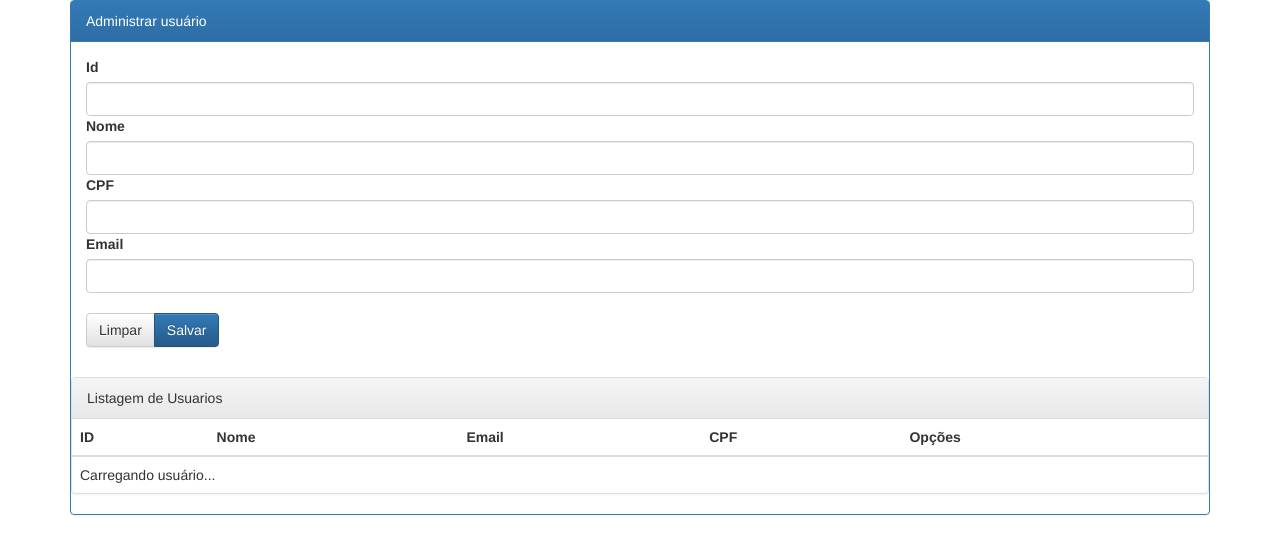
Repository: heloisakrajewski/projeto-leo
Page: Projeto/pyrafilms/WebContent/index.html
These files come from the project's save history. The page is drawn as it stood at one moment and after the next save; the edit follows.
The browser window is 1280 px wide. The pictures show the whole page.

Above is the page before, as saved 2016-11-22 00:15:31.

After the next save:
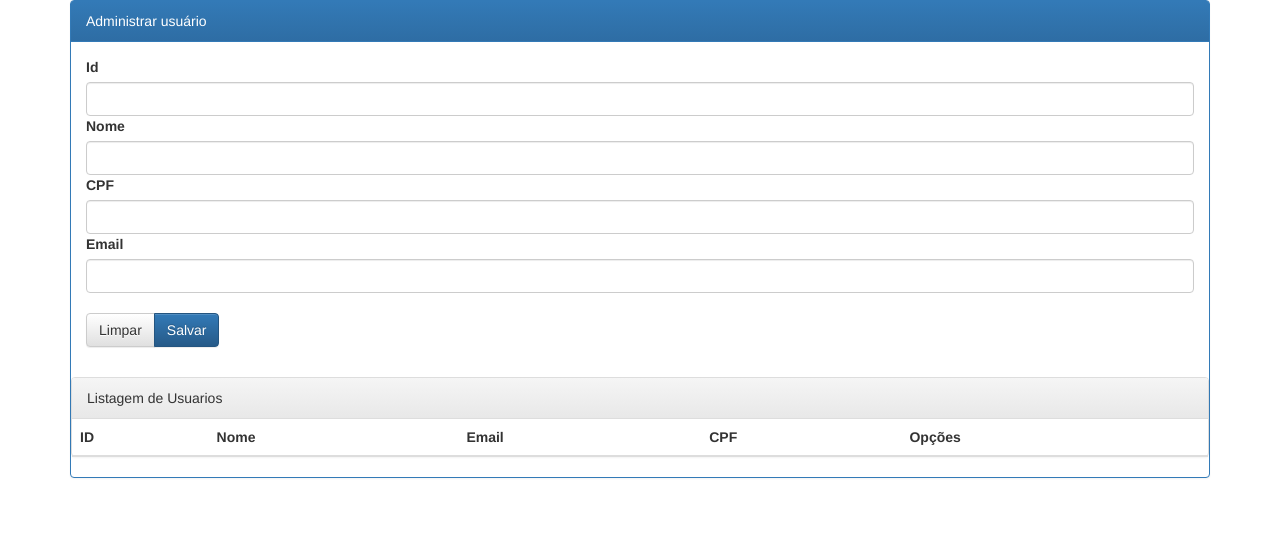
Saved 8 s later.
--- a/Projeto/pyrafilms/WebContent/index.html
+++ b/Projeto/pyrafilms/WebContent/index.html
@@ -58,7 +58,7 @@
 						</tr>
 					</thead>
 					<tr>
-						<td colspan="5">Carregando usuário...</td>
+
 					</tr>
 				</table>
 			</div>
